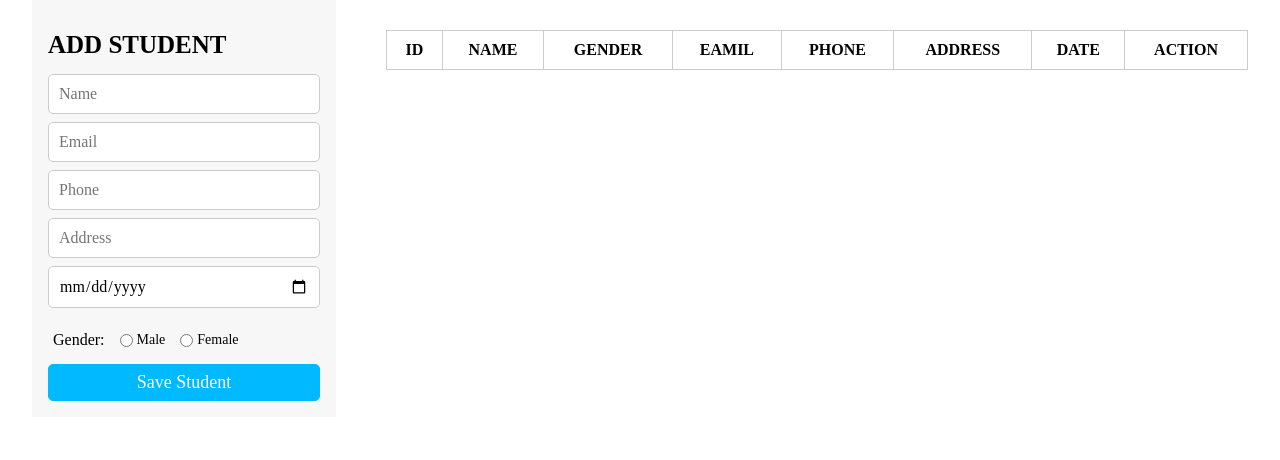
Repository: vanphongnguyen1/webDemo
Page: project(table-form)/index.html
These files come from the project's save history. The page is drawn as it stood at one moment and after the next save; the edit follows.
The browser window is 1280 px wide. The pictures show the whole page.
The style sheet was rebuilt from its Sass, Less or Tailwind sources for each picture, by a compiler version that may differ from the author's.

Above is the page before, as saved 2020-08-30 17:55:12.

After the next save:
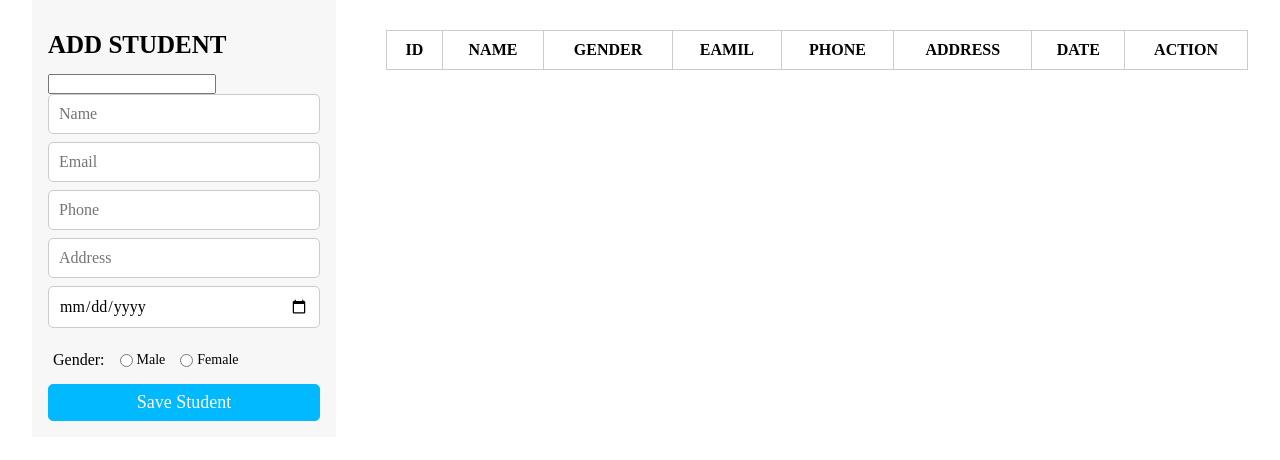
Saved 16 min 33 s later.
--- a/project(table-form)/index.html
+++ b/project(table-form)/index.html
@@ -13,6 +13,7 @@
                 <div class="form">
                     <form action="" autocomplete="off" onsubmit="">
                         <h2 class="form__title">add student</h2>
+                        <input type="text" class="index" name="" id="">
                         <input type="text" class="form__input form__input--name" name="name" id="" placeholder="Name">
                         <div class="error-name"></div>
                         <input type="Email" class="form__input form__input--email" name="email" id="" placeholder="Email">
